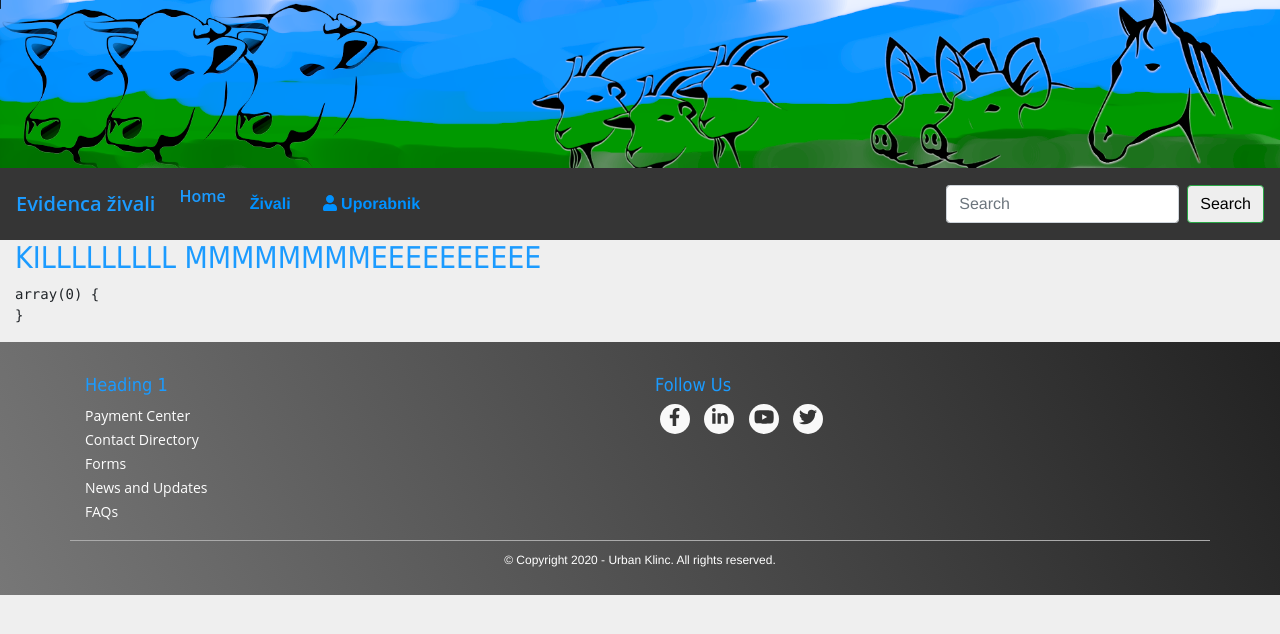
Repository: UrbyK/evidenca
Page: http://localhost/
The author's editor kept a copy of each file at every save. The page is drawn from the files as they stood at one save, then again after the next save.
The browser window is 1280 px wide. The pictures show the whole page.
Some web fonts or font styles are not loaded; a fallback is used. Some web libraries are served in a nearby version. The page is run by PHP 8.4 with error messages shown; the project is at /var/www/html/.

Above is the page before, as saved 2020-06-09 01:17:31.

After the next save:
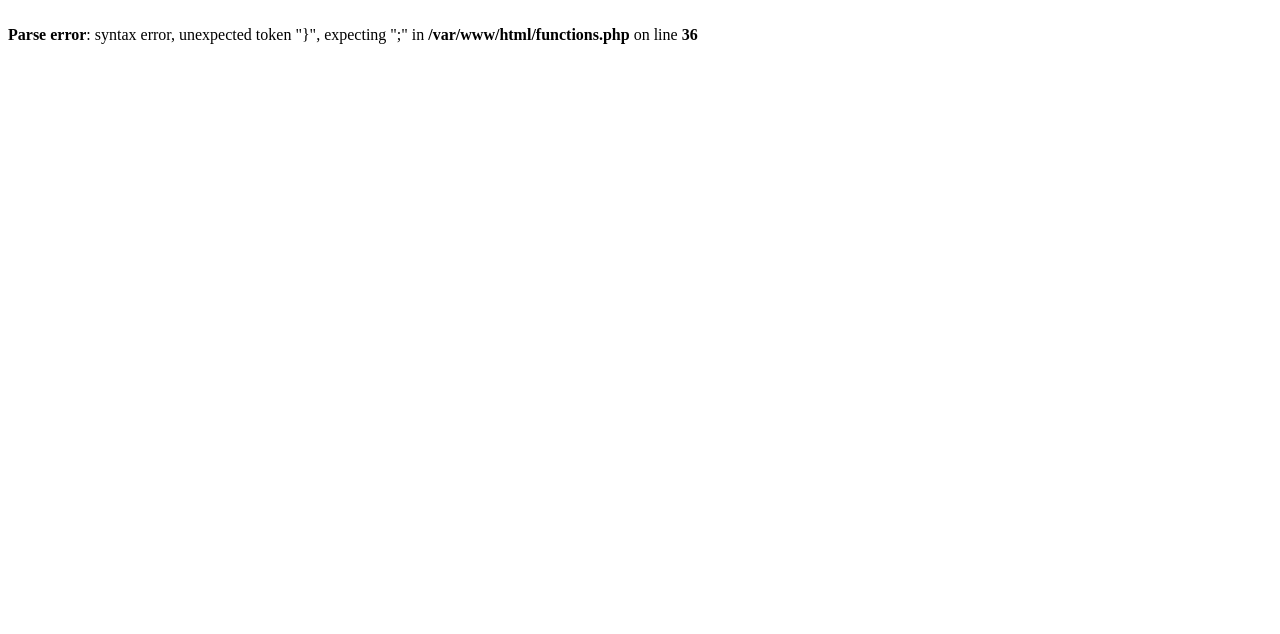
Saved 37 s later.
--- a/functions.php
+++ b/functions.php
@@ -31,8 +31,9 @@ function animalTypeSelect($type){
     $stmt = $pdo->prepare($query);
     $stmt->execute();
     $tip = $stmt->fetchAll(PDO::FETCH_ASSOC);
-
-    return $tip['idanimal_types'];
+   foreach($tip as $item){
+       return($item['idanimal_types'])
+   }
 }
 
 ?>
